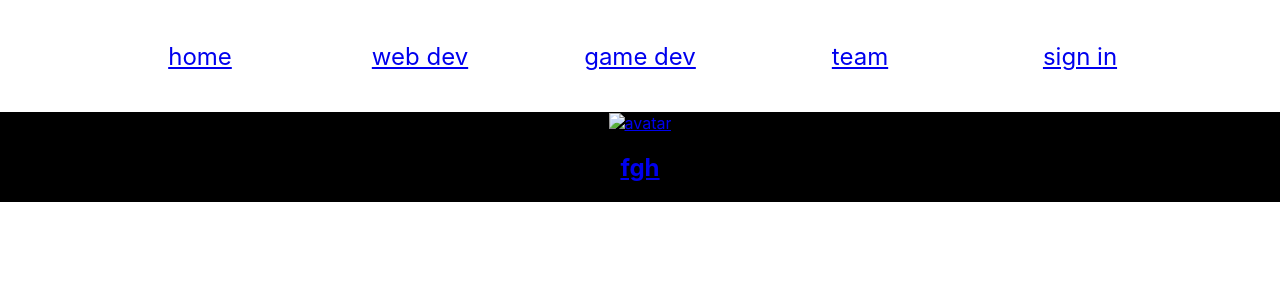
Repository: romAtam/5778
Page: /team/fgh
These files come from the project's save history. The page is drawn as it stood at one moment and after the next save; the edit follows.
The browser window is 1280 px wide. The pictures show the whole page.
The page's requests for data from a server got no answer. The project was rebuilt for these pictures with package versions that can differ from the ones it lists, and the page was loaded fresh each time. No one was signed in, and anything a server would have sent is missing. Also part of the build but not shown: src/Pages/Home.js, src/Pages/Game.js, src/Pages/Web.js, src/Pages/Signin.js.

Above is the page before, as saved 2021-12-11 16:27:52.

After the next save:
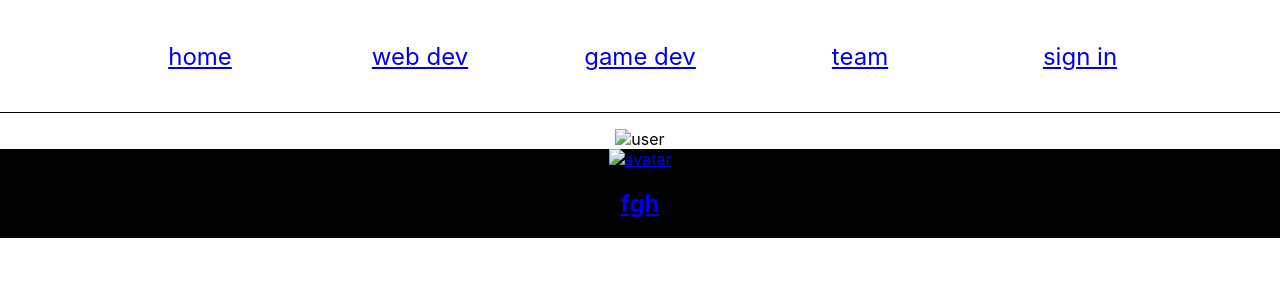
Saved 78 s later.
--- a/src/Pages/User.js
+++ b/src/Pages/User.js
@@ -19,10 +19,11 @@ const User = () => {
 
     return (
         <div>
+            <p>{user.login}</p>
+
+<img width="300" src={user.avatar_url} alt="user" />
 
 
-{user.login}
-            {user.avatar_url}
 
         </div>
     )
